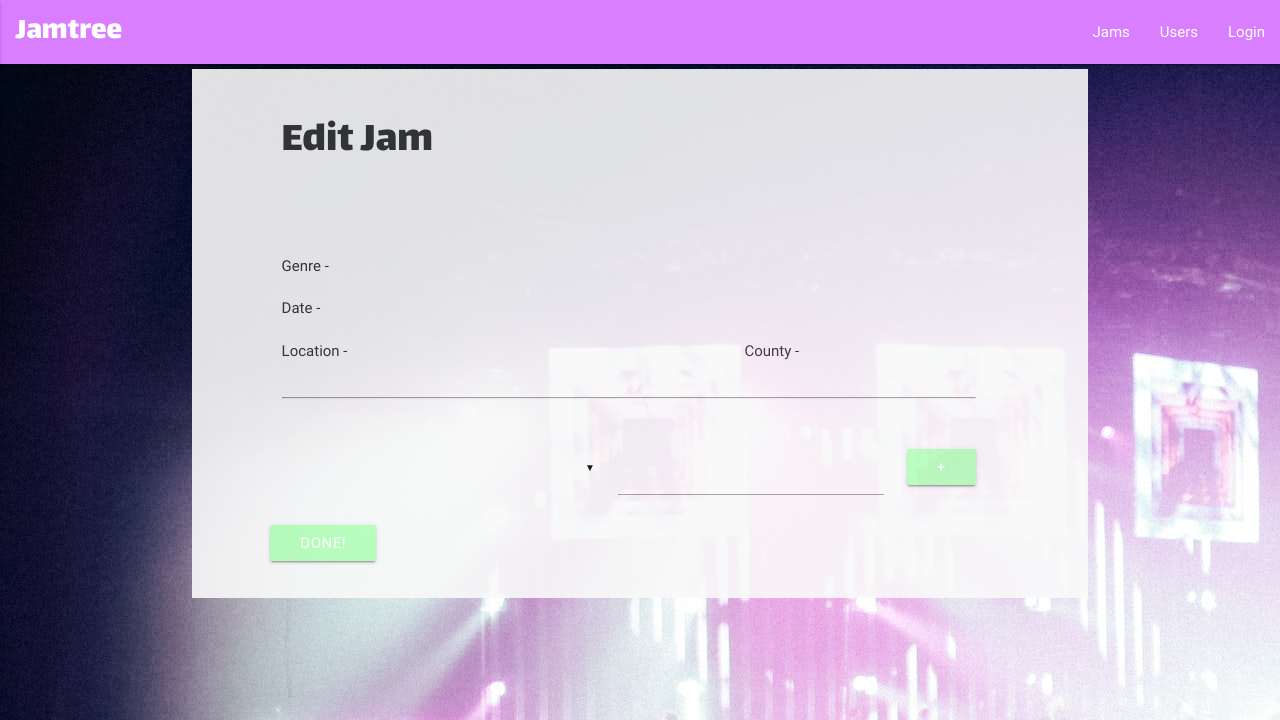
Repository: EdShackleton/milestone-project-3
Page: templates/guesteditjam.html
The author's editor kept a record of every edit. The page is drawn from the files as they stood at one moment, then again after the next edit.
The browser window is 1280 px wide. The pictures show the whole page.
Some web libraries are served in a nearby version. The page is served by the project's application, run on Flask 3 (app.py). Style sheets and scripts are compiled from the project's sources, by tool versions that may differ from the author's. The template is opened directly, without the code that normally fills it, so the values that code supplies are empty.

Above is the page before.

### templates/guesteditjam.html
{% extends 'base.html'%} {% block content %}
<div class="blank-background">
    <h3 class="jam-title">Edit Jam</h3>
    <div class="row">
        <form action="{{ url_for('edit_jam', jam_id=jam._id) }}" method="POST" class="col s12">
            <div id="hidden-jam-details">
                <input id="jam_owner" name="jam_owner" type="text" class="validate" value="{{jam.jam_owner}}">
                <input id="jam_title" name="jam_title" type="text" class="validate" value="{{jam.jam_title}}">
                <input id="genre" name="genre" type="text" class="validate" value="{{jam.genre}}">
                <input id="date_of_jam" name="date_of_jam" type="text" class="datepicker">
                <input id="jam_location" name="jam_location" type="text" class="validate" value="{{jam.jam_location}}">
                <input id="jam_notes" name="jam_notes" type="text" class="validate" value="{{jam.jam_notes}}">
                <input id="jam_owner" name="jam_owner" type="text" class="validate" value="{{jam.jam_owner}}">
                <select name="jam_county">
                {% if jam.jam_county %}
                <option value="{{jam.jam_county}}">{{jam.jam_county}}</option>
                {% else %}
                <option value="" disabled selected>County</option>
                {% endif %}
                </select>
            </div>
            <div class="row">
                <div class="input-field col s12 jam-title">
                    <h1>{{jam.jam_title}}</h1>
                </div>
            </div>
            <div class="row">
                <div class="input-field col s12">
                    <p>Genre - {{jam.genre}}</p>
                </div>
            </div>
            <div class="row">
                <div class="input-field col s12">
                    <p>Date - {{jam.date_of_jam}}</p>
                </div>
            </div>
            <div class="row">
                <span class="input-field col s8">
                    <p>Location - {{jam.jam_location}}</p>
                </span>
                <span class="input-field col s4">
                    <p>County - {{jam.jam_county}}</p>
                </span>
            </div>
            <br>
            <hr>
            <br>
            <div class="row" id="members-section">
                <div class="row" id="member-1-details">
                    <span class="input-field col s6">
                        <select name="member_instrument_1" value="{{jam.member_instrument_1}}">
                            <option value="{{jam.member_instrument_1}}">{{jam.member_instrument_1}}</option>
                            {% for instrument in instruments %}
                            <option value="{{instrument.instrument_name}}">{{instrument.instrument_name}}</option>
                            {% endfor %}
                        </select>
                    </span>
                    <span class="input-field col s5">
                        <input id="jam_members" name="jam_member_1" value ="{{jam.jam_member_1}}" type="text">
                    </span>
                    <span class="input-field col s1">
                        <a class="waves-effect waves-light btn" id="new-member_1" onclick="newMember1()">+</i></a>
                    </span>
                </div>
                {% if jam.member_instrument_2 %}
                <div class="row" id="member-2-details" style="display:block;">
                {% else %}
                <div class="row" id="member-2-details">
                {% endif %}
                    <span class="input-field col s6">
                        <select name="member_instrument_2">
                            {% if jam.member_instrument_2 %}
                            <option value="{{jam.member_instrument_2}}">{{jam.member_instrument_2}}</option>
                            {% else %}
                            <option value="" disabled selected>Instrument</option>
                            {% endif %}
                            {% for instrument in instruments_2 %}
                            <option value="{{instrument.instrument_name}}">{{instrument.instrument_name}}</option>
                            {% endfor %}
                        </select>
                    </span>
                    <span class="input-field col s5">
                        <input id="jam_members" name="jam_member_2" value ="{{jam.jam_member_2}}" type="text">
                        <label for="icon_prefix">{{jam.jam_member_2}}</label>
                    </span>
                    <span class="input-field col s1">
                        <a class="waves-effect waves-light btn" id="new-member_2" onclick="newMember2()">+</i></a>
                    </span>
                </div>
                {% if jam.member_instrument_3 %}
                <div class="row" id="member-3-details" style="display:block;">
                {% else %}
                <div class="row" id="member-3-details">
                {% endif %}
                    <span class="input-field col s6">
                        <select name="member_instrument_3">
                            {% if jam.member_instrument_3 %}
                            <option value="{{jam.member_instrument_3}}">{{jam.member_instrument_3}}</option>
                            {% else %}
                            <option value="" disabled selected>Instrument</option>
                            {% endif %}
                            {% for instrument in instruments_3 %}
                            <option value="{{instrument.instrument_name}}">{{instrument.instrument_name}}</option>
                            {% endfor %}
                        </select>
                    </span>
                    <span class="input-field col s5">
                        <input id="jam_members" name="jam_member_3" value ="{{jam.jam_member_3}}" type="text">
                        <label for="icon_prefix">{{jam.jam_member_3}}</label>
                    </span>
                    <span class="input-field col s1">
                        <a class="waves-effect waves-light btn" id="new-member_3" onclick="newMember3()">+</i></a>
                    </span>
                </div>
                {% if jam.member_instrument_4 %}
                <div class="row" id="member-4-details" style="display:block;">
                {% else %}
                <div class="row" id="member-4-details">
                {% endif %}
                    <span class="input-field col s6">
                        <select name="member_instrument_4">
                            {% if jam.member_instrument_4 %}
                            <option value="{{jam.member_instrument_4}}">{{jam.member_instrument_4}}</option>
                            {% else %}
                            <option value="" disabled selected>Instrument</option>
                            {% endif %}
                            {% for instrument in instruments_4 %}
                            <option value="{{instrument.instrument_name}}">{{instrument.instrument_name}}</option>
                            {% endfor %}
                        </select>
                    </span>
                    <span class="input-field col s5">
                        <input id="jam_members" name="jam_member_4" value ="{{jam.jam_member_4}}" type="text">
                        <label for="icon_prefix">{{jam.jam_member_4}}</label>
                    </span>
                    <span class="input-field col s1">
                        <a class="waves-effect waves-light btn" id="new-member_4" onclick="newMember4()">+</i></a>
                    </span>
                </div>
                {% if jam.member_instrument_5 %}
                <div class="row" id="member-5-details"  style="display:block;">
                {% else %}
                <div class="row" id="member-5-details">
                {% endif %}
                    <span class="input-field col s6">
                        <select name="member_instrument_5">
                            {% if jam.member_instrument_5 %}
                            <option value="{{jam.member_instrument_5}}">{{jam.member_instrument_5}}</option>
                            {% else %}
                            <option value="" disabled selected>Instrument</option>
                            {% endif %}
                            {% for instrument in instruments_5 %}
                            <option value="{{instrument.instrument_name}}">{{instrument.instrument_name}}</option>
                            {% endfor %}
                        </select>
                    </span>
                    <span class="input-field col s5">
                        <input id="jam_members" name="jam_member_5" value ="{{jam.jam_member_5}}" type="text">
                        <label for="icon_prefix">{{jam.jam_member_5}}</label>
                    </span>
                    <span class="input-field col s1">
                        <a class="waves-effect waves-light btn" id="new-member_5" onclick="newMember5()">+</i></a>
                    </span>
                </div>
                {% if jam.member_instrument_6 %}
                <div class="row" id="member-6-details" style="display:block;">
                {% else %}
                <div class="row" id="member-6-details">
                {% endif %}
                    <span class="input-field col s6">
                        <select name="member_instrument_6">
                            {% if jam.member_instrument_6 %}
                            <option value="{{jam.member_instrument_6}}">{{jam.member_instrument_6}}</option>
                            {% else %}
                            <option value="" disabled selected>Instrument</option>
                            {% endif %}
                            {% for instrument in instruments_6 %}
                            <option value="{{instrument.instrument_name}}">{{instrument.instrument_name}}</option>
                            {% endfor %}
                        </select>
                    </span>
                    <span class="input-field col s5">
                        <input id="jam_members" name="jam_member_6" value ="{{jam.jam_member_6}}" type="text">
                        <label for="icon_prefix">{{jam.jam_member_6}}</label>
                    </span>
                    <span class="input-field col s1">
                        <a class="waves-effect waves-light btn" id="new-member_6" onclick="newMember6()">+</i></a>
                    </span>
                </div>
                {% if jam.member_instrument_7 %}
                <div class="row" id="member-7-details" style="display:block;">
                {% else %}
                <div class="row" id="member-7-details">
                {% endif %}
                    <span class="input-field col s6">
                        <select name="member_instrument_7">
                            {% if jam.member_instrument_7 %}
                            <option value="{{jam.member_instrument_7}}">{{jam.member_instrument_7}}</option>
                            {% else %}
                            <option value="" disabled selected>Instrument</option>
                            {% endif %}
                            {% for instrument in instruments_7 %}
                            <option value="{{instrument.instrument_name}}">{{instrument.instrument_name}}</option>
                            {% endfor %}
                        </select>
                    </span>
                    <span class="input-field col s5">
                        <input id="jam_members" name="jam_member_7" value ="{{jam.jam_member_7}}" type="text">
                        <label for="icon_prefix">{{jam.jam_member_7}}</label>
                    </span>
                    <span class="input-field col s1">
                        <a class="waves-effect waves-light btn" id="new-member_7" onclick="newMember7()">+</i></a>
                    </span>
                </div>
                {% if jam.member_instrument_8 %}
                <div class="row" id="member-8-details" style="display:block;">
                {% else %}
                <div class="row" id="member-8-details">
                {% endif %}
                    <span class="input-field col s6">
                        <select name="member_instrument_8">
                            {% if jam.member_instrument_8 %}
                            <option value="{{jam.member_instrument_8}}">{{jam.member_instrument_8}}</option>
                            {% else %}
                            <option value="" disabled selected>Instrument</option>
                            {% endif %}
                            {% for instrument in instruments_8 %}
                            <option value="{{instrument.instrument_name}}">{{instrument.instrument_name}}</option>
                            {% endfor %}
                        </select>
                    </span>
                    <span class="input-field col s5">
                        <input id="jam_members" name="jam_member_8" value ="{{jam.jam_member_8}}" type="text">
                        <label for="icon_prefix">{{jam.jam_member_8}}</label>
                    </span>
                    <span class="input-field col s1">
                        <a class="waves-effect waves-light btn" id="new-member_8" onclick="newMember8()">+</i></a>
                    </span>
                </div>
                {% if jam.member_instrument_9 %}
                <div class="row" id="member-9-details" style="display:block;">
                {% else %}
                <div class="row" id="member-9-details">
                {% endif %}
                    <span class="input-field col s6">
                        <select name="member_instrument_9">
                            {% if jam.member_instrument_9 %}
                            <option value="{{jam.member_instrument_9}}">{{jam.member_instrument_9}}</option>
                            {% else %}
                            <option value="" disabled selected>Instrument</option>
                            {% endif %}
                            {% for instrument in instruments_9 %}
                            <option value="{{instrument.instrument_name}}">{{instrument.instrument_name}}</option>
                            {% endfor %}
                        </select>
                    </span>
                    <span class="input-field col s5">
                        <input id="jam_members" name="jam_member_9" value ="{{jam.jam_member_9}}" type="text">
                        <label for="icon_prefix">{{jam.jam_member_9}}</label>
                    </span>
                    <span class="input-field col s1">
                        <a class="waves-effect waves-light btn" id="new-member_9" onclick="newMember9()">+</i></a>
                    </span>
                </div>
                {% if jam.member_instrument_10 %}
                <div class="row" id="member-10-details" style="display:block;">
                {% else %}
                <div class="row" id="member-10-details">
                {% endif %}
                    <span class="input-field col s6">
                        <select name="member_instrument_10">
                            {% if jam.member_instrument_10 %}
                            <option value="{{jam.member_instrument_10}}">{{jam.member_instrument_10}}</option>
                            {% else %}
                            <option value="" disabled selected>Instrument</option>
                            {% endif %}
                            {% for instrument in instruments_10 %}
                            <option value="{{instrument.instrument_name}}">{{instrument.instrument_name}}</option>
                            {% endfor %}
                        </select>
                    </span>
                    <span class="input-field col s5">
                        <input id="jam_members" name="jam_member_10" value ="{{jam.jam_member_10}}" type="text">
                        <label for="icon_prefix">{{jam.jam_member_10}}</label>
                    </span>
                </div>
            </div>
            <div class="row">
                <button class="btn waves-effect waves-light" type="submit">Done!</button>
            </div>
        </form>
    </div>
</div>

<script src="https://cdnjs.cloudflare.com/ajax/libs/jquery/3.2.1/jquery.min.js"></script>
<script type="text/javascript">
    $(document).ready(function() {
        date_of_jam = Date.parse('{{jam.date_of_jam}}');
        $('#date_of_jam').pickadate('picker').set('select', date_of_jam, { format: 'dd/mm/yyyy' }).trigger('change');
    });
</script>
<script type="text/javascript">
        function newMember1() {
            document.getElementById("member-2-details").style.display = "block";
        }

        function newMember2() {
            document.getElementById("member-3-details").style.display = "block";
        }

        function newMember3() {
            document.getElementById("member-4-details").style.display = "block";
        }

        function newMember4() {
            document.getElementById("member-5-details").style.display = "block";
        }

        function newMember5() {
            document.getElementById("member-6-details").style.display = "block";
        }

        function newMember6() {
            document.getElementById("member-7-details").style.display = "block";
        }

        function newMember7() {
            document.getElementById("member-8-details").style.display = "block";
        }

        function newMember8() {
            document.getElementById("member-9-details").style.display = "block";
        }

        function newMember9() {
            document.getElementById("member-10-details").style.display = "block";
        }
    </script>

{% endblock %}

### templates/base.html
<!DOCTYPE html>
<html>

<head>
    <link href="https://fonts.googleapis.com/icon?family=Material+Icons" rel="stylesheet">
    <link href="https://fonts.googleapis.com/css?family=Lalezar|Roboto&display=swap" rel="stylesheet">
    <link rel="stylesheet" href="static/css/style.css" type="text/css" />
    <link rel="stylesheet" href="https://cdnjs.cloudflare.com/ajax/libs/materialize/0.100.2/css/materialize.min.css">
    <link rel="stylesheet" href="{{url_for('static', filename='css/style.css')}}" type="text/css" />
</head>

<body>
    <header>
        <div class="navbar-fixed">
            <nav>
                <div class="nav-wrapper">
                    <a href="{{ url_for('get_jams') }}" class="brand-logo">Jamtree</a>
                    <a href="#" data-activates="mobile-demo" class="button-collapse"><i class="material-icons">menu</i></a>
                    <ul id="nav-mobile" class="right hide-on-med-and-down">

                        <li id="username"><strong>{{ username }}</strong></li>
                        <li><a href="{{ url_for('get_jams') }}">Jams</a></li>
                        <li><a href="{{ url_for('get_users') }}">Users</a></li>
                        {% if user_logged_in %}
                        <li><a href="{{ url_for('add_jam') }}">+</a></li>
                        <li><a href="{{ url_for('login') }}">Logout</a></li>
                        {% else %}
                        <li><a href="{{ url_for('login') }}">Login</a></li>
                        {% endif %}

                    </ul>
                    <ul class="side-nav" id="mobile-demo">
                        <li class="username-sidenav"><strong>{{ username }}</strong></li>
                        <li><a href="{{ url_for('get_jams') }}">Jams</a></li>
                        <li><a href="{{ url_for('get_users') }}">Users</a></li>
                        {% if user_logged_in %}
                        <li><a href="{{ url_for('add_jam') }}">New Jam</a></li>
                        <li><a href="{{ url_for('login') }}">Logout</a></li>
                        {% else %}
                        <li><a href="{{ url_for('login') }}">Login</a></li>
                        {% endif %}
                    </ul>
                </div>
            </nav>
        </div>
    </header>
    <div class="container background"></div>
    <div class="container">
        {% block content %} {% endblock %}
    </div>
    <script src="https://cdnjs.cloudflare.com/ajax/libs/jquery/3.2.1/jquery.min.js"></script>
    <script src="https://cdnjs.cloudflare.com/ajax/libs/materialize/0.100.2/js/materialize.min.js"></script>
    <script type="text/javascript">
        $(document).ready(function() {
            $('.collapsible').collapsible();
            $('select').material_select();
            $(".button-collapse").sideNav();
        });
        $('.datepicker').pickadate({
            selectMonths: true, // Creates a dropdown to control month
            selectYears: 15, // Creates a dropdown of 15 years to control year,
            today: 'Today',
            clear: 'Clear',
            close: 'Ok',
            closeOnSelect: false // Close upon selecting a date,
        });
    </script>
</body>

</html>

### static/css/style.sass
/* Variables */

$primary-color: #7D1538
$secondary-color: #F9F9F9
$third-color: #d97eff
$fourth-color: #b4ffba
$fifth-color: #F45866

/* Mixins */

%box
    background-color: $secondary-color
    color: #383838
    border-color: white
    opacity: 0.9


%title
    font-family: 'Lalezar', cursive

/* background */


body
    background: url(/static/images/background-pic-purple.jpg) top left no-repeat
    background-attachment: fixed

.blank-background
    @extend %box
    padding: 3% 10%
    margin-top: 5px

/* nav bar */

.nav-wrapper
    background-color: $third-color
    font-family: 'Roboto', sans-serif


.brand-logo
    @extend %title
    margin: 0px 15px


#username
    font-style: italic

/* side nav */

.side-nav
    @extend %box

.side-nav li>a:hover
    background-color: $third-color
    color: white

#sidenav-overlay
    z-index: 996

/* page titles */

.page-title
    @extend %box
    @extend %title
    text-align: center
    margin: 0 30%


/* search bar */

.search-bar
    -webkit-box-shadow: 5px 5px 5px 0px rgba(0,0,0,0.2)
    -moz-box-shadow: 5px 5px 5px 0px rgba(0,0,0,0.2)
    box-shadow: 5px 5px 5px 0px rgba(0,0,0,0.2)
    background-color: #f5ecf9
    padding: 0 !important
    color: #383838
    font-family: 'Roboto', sans-serif
    margin-top: 5px
    height: 38px

.select-wrapper input.select-dropdown
    margin: 0
    border: none
    width: 100%
    font-size: 16px
    height: 38px
    padding-left: 5px

.dropdown-content li>span
    color: #383838
    font-family: 'Roboto', sans-serif

#search-button
    height: 38px
    margin-top: 5px
    border-radius: 2px

/* Jams page */

.jams-list
    @extend %box
    font-family: 'Roboto', sans-serif
    text-align: center

.jam-title
    @extend %title

.other-jam-info
    background-color: #F4CEFF
    border-color: white
    opacity: 0.9

/* Users page */

.user-card
    @extend %box
    font-family: 'Roboto', sans-serif
    margin: 0 20%
    text-align: center

.user-name
    @extend %title

/* Add Jams page */

#member-2-details
    display: none

#member-3-details
    display: none

#member-4-details
    display: none

#member-5-details
    display: none

#member-6-details
    display: none

#member-7-details
    display: none

#member-8-details
    display: none

#member-9-details
    display: none

#member-10-details
    display: none

/* edit jams */

#hidden-jam-details
    display: none

/* other */

.user-card
    @extend %box

.btn
    background-color: $fourth-color

.btn:hover
    background-color: $third-color

.row
    width: 100%
    margin: 5px

p
    margin: 0

/* When starting to use sass, type into console: sass --watch static/css/style.sass:static/css/style.css */

Loaded but not shown: app.py (232 lines, source omitted)

After the next edit:
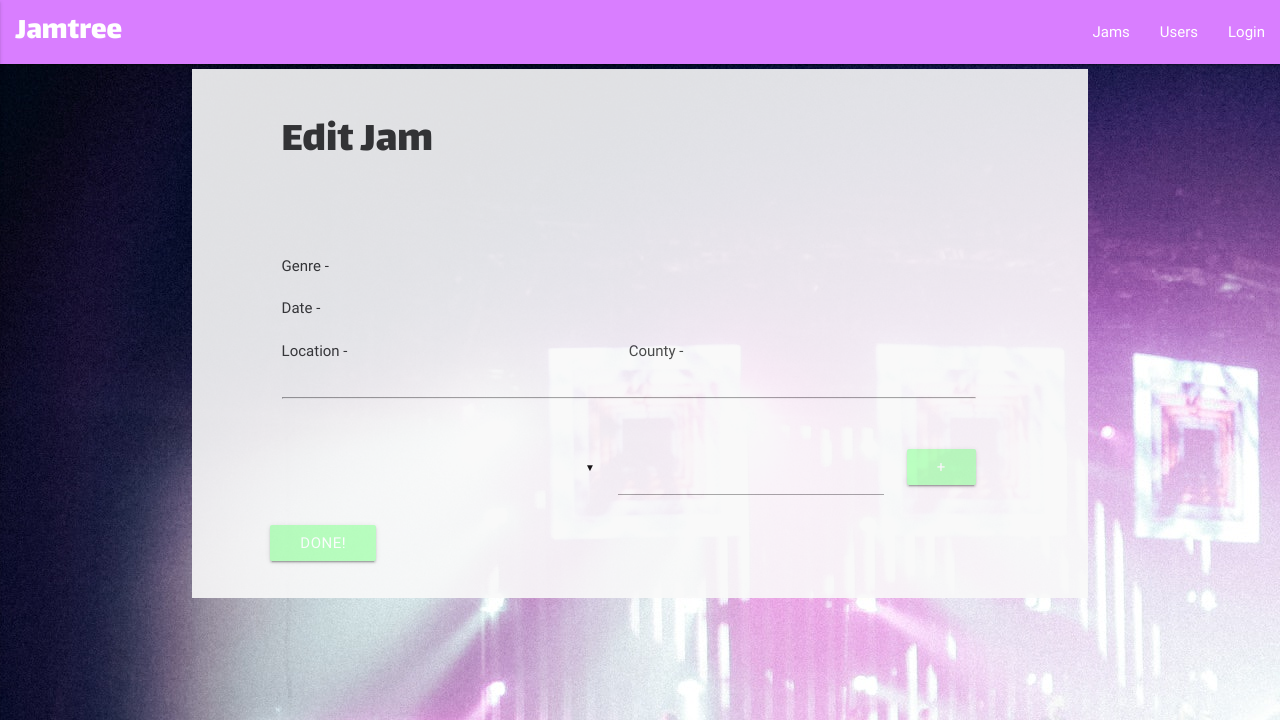
The edit:
--- a/templates/guesteditjam.html
+++ b/templates/guesteditjam.html
@@ -35,7 +35,7 @@
                 </div>
             </div>
             <div class="row">
-                <span class="input-field col s8">
+                <span class="input-field col s6">
                     <p>Location - {{jam.jam_location}}</p>
                 </span>
                 <span class="input-field col s4">
